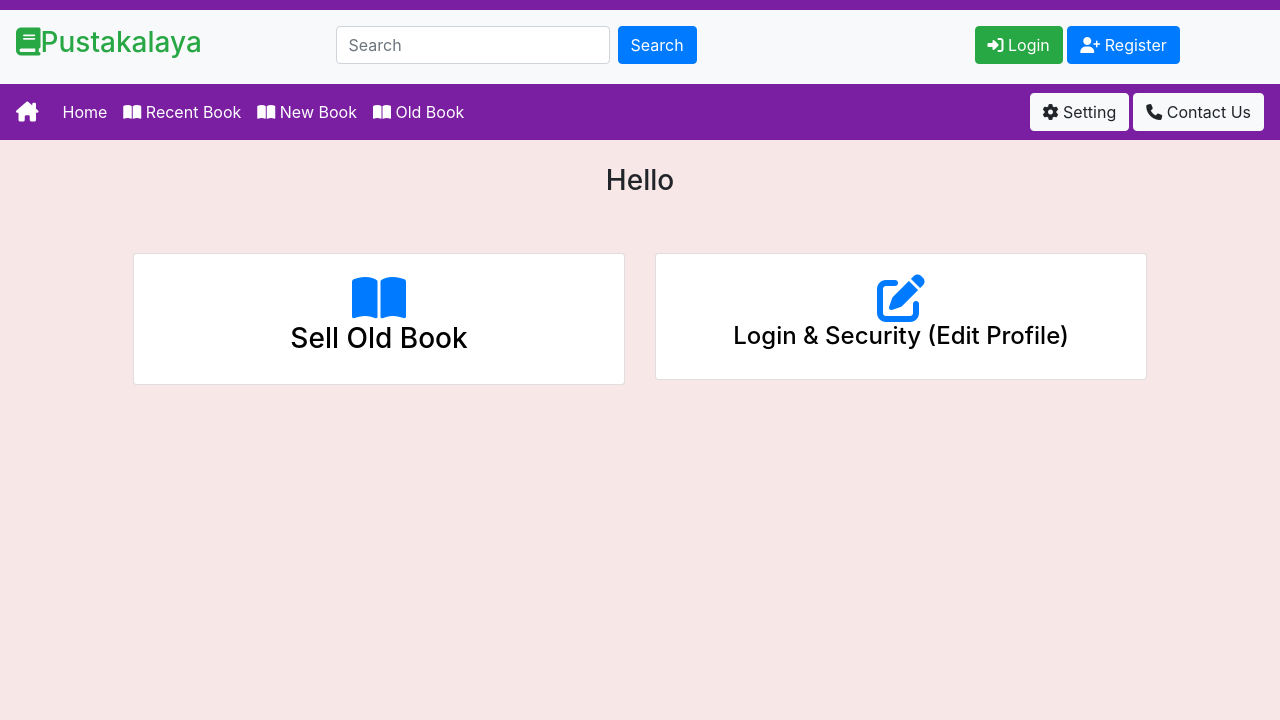
Repository: kalaprabhakar/Pustakalay_Web_Application
Page: http://localhost/E_Book_Management/setting.jsp
An editor plug-in stored every save of this project. The page is shown before and after the next save, followed by the edit.
The browser window is 1280 px wide. The pictures show the whole page.
Some web libraries are served in a nearby version. The page is served by Tomcat 10.

Above is the page before, as saved 2024-02-28 13:42:52.

After the next save:
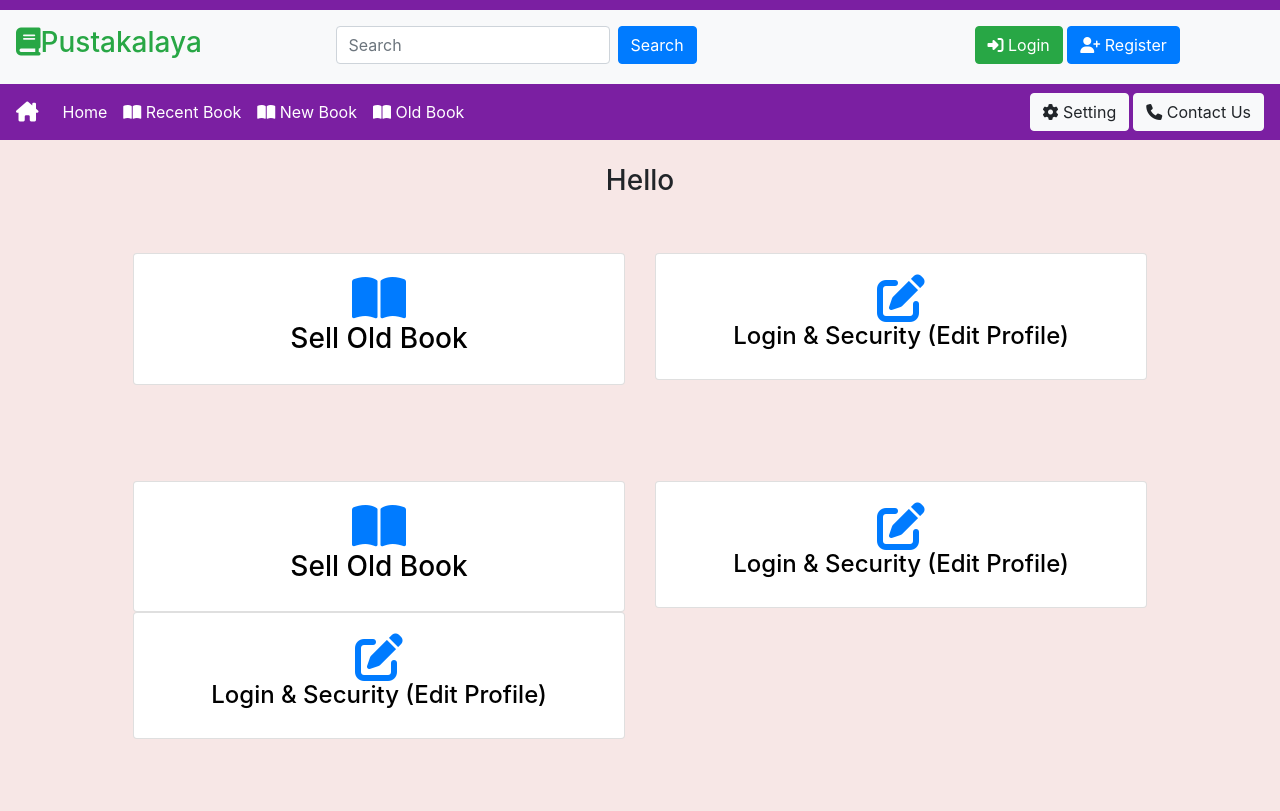
Saved 55 s later.
--- a/E_Book_Management/src/main/webapp/setting.jsp
+++ b/E_Book_Management/src/main/webapp/setting.jsp
@@ -59,6 +59,54 @@ a:hover {
 
 		</div>
 
+		<div class="row p-5">
+
+			<div class="col-md-6">
+
+				<a href="#">
+					<div class="card">
+						<div class="card-body text-center">
+							<div class="text-primary"><i class="fa-solid fa-book-open fa-3x"></i></div>
+							<h3>Sell Old Book</h3>
+						</div>
+					</div>
+
+				</a>
+
+
+			</div>
+
+			<div class="col-md-6">
+
+				<a href="#">
+					<div class="card">
+						<div class="card-body text-center">
+							<div class="text-primary"><i class="fa-solid fa-pen-to-square fa-3x"></i></div>
+							<h4>Login & Security (Edit Profile)</h4>
+						</div>
+					</div>
+
+				</a>
+
+
+			</div>
+			<div class="col-md-6">
+
+				<a href="#">
+					<div class="card">
+						<div class="card-body text-center">
+							<div class="text-primary"><i class="fa-solid fa-pen-to-square fa-3x"></i></div>
+							<h4>Login & Security (Edit Profile)</h4>
+						</div>
+					</div>
+
+				</a>
+
+
+			</div>
+
+		</div>
+
 	</div>
 
 
